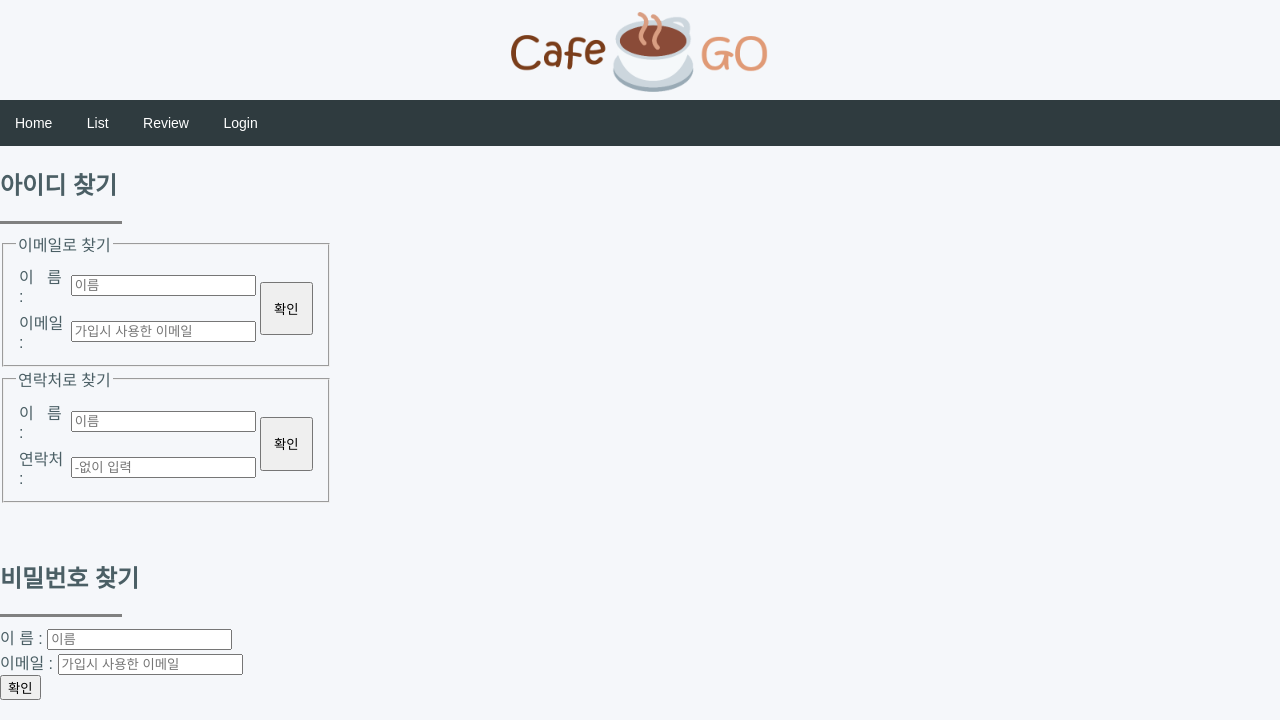
Repository: JuYeong0413/Web-Programming
Page: http://localhost/CafeGo/find.jsp
An editor plug-in stored every save of this project. The page is shown before and after the next save, followed by the edit.
The browser window is 1280 px wide. The pictures show the whole page.
The page is served by Tomcat 9. Other server files are loaded and not shown.

Above is the page before, as saved 2018-12-22 12:08:57.

### Project/CafeGo/WebContent/find.jsp
<%@ page language="java" contentType="text/html; charset=utf-8" pageEncoding="utf-8"%>
<%@ include file="nav.jsp" %>
<!DOCTYPE html>
<html>
<head>
<meta charset="utf-8">
<title>Insert title here</title>
</head>
<body>
  <h2>아이디 찾기</h2>
  <hr noshade align="left" width="120" size="3">
  <form>
    <fieldset style="width: 300px">
      <legend>이메일로 찾기</legend>
        <table border="0">
          <tr>
            <td>이 &nbsp; 름 : </td>
            <td><input type="text" placeholder="이름" name="name" id="name" value=''></td>
            <td rowspan="2" width="45"><input type="submit" value="확인" style="width: 40pt; height: 40pt"></td>
          </tr>
          <tr>
            <td>이메일 : </td>
            <td><input type="text" placeholder="가입시 사용한 이메일" name="email" id="email" value=''></td>
          </tr>
        </table>
      </fieldset>
    </form>
    <form>
      <fieldset style="width: 300px">
        <legend>연락처로 찾기</legend>
          <table border="0">
            <tr>
              <td>이 &nbsp; 름 : </td>
              <td><input type="text" placeholder="이름" name="name" id="name" value=''></td>
              <td rowspan="2" width="45"><input type="submit" value="확인" style="width: 40pt; height: 40pt"></td>
            </tr>
            <tr>
              <td>연락처 : </td>
              <td><input type="text" placeholder="-없이 입력" name="tel" id="tel" value=''/></td>
            </tr>
          </table>
        </fieldset>
      </form>
<br><br>

<div>
<h2>비밀번호 찾기</h2>
<hr noshade align="left" width="120" size="3">
<div style="float:left;width:50%;">
<form action="findConfig_pass.jsp" method="post">
<label>이    름 :</label>
<input type="text" placeholder="이름" name ="name" id="name" value=''/><br>
<label>이메일 :</label>
<input type="text" placeholder="가입시 사용한 이메일" name="email" id="email" value=''/><br>
<input type="submit" value="확인"/>
</form>
</div>
</div>
</body>
</html>

### Project/CafeGo/WebContent/nav.jsp
<%@ page language="java" contentType="text/html; charset=utf-8" pageEncoding="utf-8"%>
<!DOCTYPE html>
<html lang="ko">
<head>
<meta charset="utf-8">
<title>Insert title here</title>
<link rel="stylesheet" href="reponsiveNavigation.css" />
</head>
<body>
<div>
<center>
<a href="main.jsp"><img src = "image/logo.png" width="264px" height="88px" align="center"></a>
</center>
</div>
<div class="nav_wrapper">
  <nav class="menu">
    <ul>
      <li><a href="main.jsp">Home</a>
        <ul>
          <li><a href="main.jsp">홈페이지 소개</a></li>
          <li><a href="main.jsp">오늘의 카페 추천</a></li>
          </li>
        </ul>
      </li>
      <li><a href="#Link">List</a>
        <ul>
          <li><a href="#Link">카페 목록</a></li>
          <li><a href="#Link">카페 분류 »</a>
          <ul>
              <li><a href="#Link">별점</a></li>
              <li><a href="#link">지역</a></li>
              <li><a href="#Link">테마</a></li>
            </ul>
          </li>
        </ul>
      </li>
      <li><a href="review.jsp">Review</a>
        <ul>
          <li><a href="review.jsp">방문 후기 목록</a></li>
          <li><a href="#Link">방문 후기 작성</a></li>
          <li><a href="#Link">방문 후기 수정</a></li>
          <li><a href="#Link">방문 후기 삭제</a></li>
          </ul>
      </li>
  		<%
  		String log = (String)session.getAttribute("login");

  		if(log!=null&&log.equals("yes")){
  		// 로그인 상태인 경우 보여지는 메뉴
      %>
      <li><a href="myPage.jsp">MyPage</a>
        <ul>
          <li><a href="myPage.jsp">MyPage</a></li>
          <li><a href="logout.jsp">로그아웃</a></li>
        </ul>
      </li>
      <% }
  		else if((String)session.getAttribute("id")==null){
    	  // 로그아웃 상태인 경우 보여지는 메뉴
    	  %>
    	  <li><a href="#Link">Login</a>
        <ul>
          <li><a href="login.jsp">로그인</a></li>
          <li><a href="find.jsp">아이디/비밀번호 찾기</a></li>
          <li><a href="signup.jsp">회원가입</a></li>
        </ul>
      </li>
    	  <%} %>
     </ul>
  </nav>
</body>
</html>

### Project/CafeGo/WebContent/reponsiveNavigation.css
html {
  font-family: sans-serif;
  color: #4b5f65;
  background: #f5f7fa;
}

body { overflow-x:hidden}

nav { width: 100%; }

.nav_wrapper {
  position: fixed;
  left: 0;
  top: 100px;
  width: 100%;
  <!--menu background => default : black-->
  background: #2f3b3f;
}

.menu {
  width: 100%;
  height: auto;
  background: #2f3b3f;
}

.menu ul {
  padding: 0px;
  margin: 0px;
  list-style: none;
  position: relative;
  display: inline-block;
}

.menu > li > ul.sub_menu {
  min-width: 10em;
  padding: 4px 0;
  background-color: #f4f4f4;
  border: 1px solid #fff;
}

.menu ul li { padding: 0px; }

.menu > ul > li { display: inline-block; }

.menu ul li a {
  display: block;
  text-decoration: none;
  color: #fff;
  font-size: 14px;
}

.menu ul li a:hover {
  background: #efa666;
  color: #fff;
  transition: all .5s ease-out;
}

.menu ul li.hover > a {
  background: #efa666;
  color: #fff;
}

.menu ul li > a { padding: 15px; }

.menu ul ul {
  display: none;
  position: absolute;
  top: 100%;
  min-width: 160px;
  background: #39484d;
}

.menu ul li:hover > ul { display: block;}

.menu ul ul > li { position: relative; }

.menu ul ul > li a {
  padding: 10px 15px;
  height: auto;
  background: #39484d;
}

.menu ul ul > li a:hover {
  background: #efa666;
  color: #fff;
}

.menu ul ul ul {
  position: absolute;
  left: 100%;
  top: 0;
}
.slide {
	width:100%;
}

After the next save:
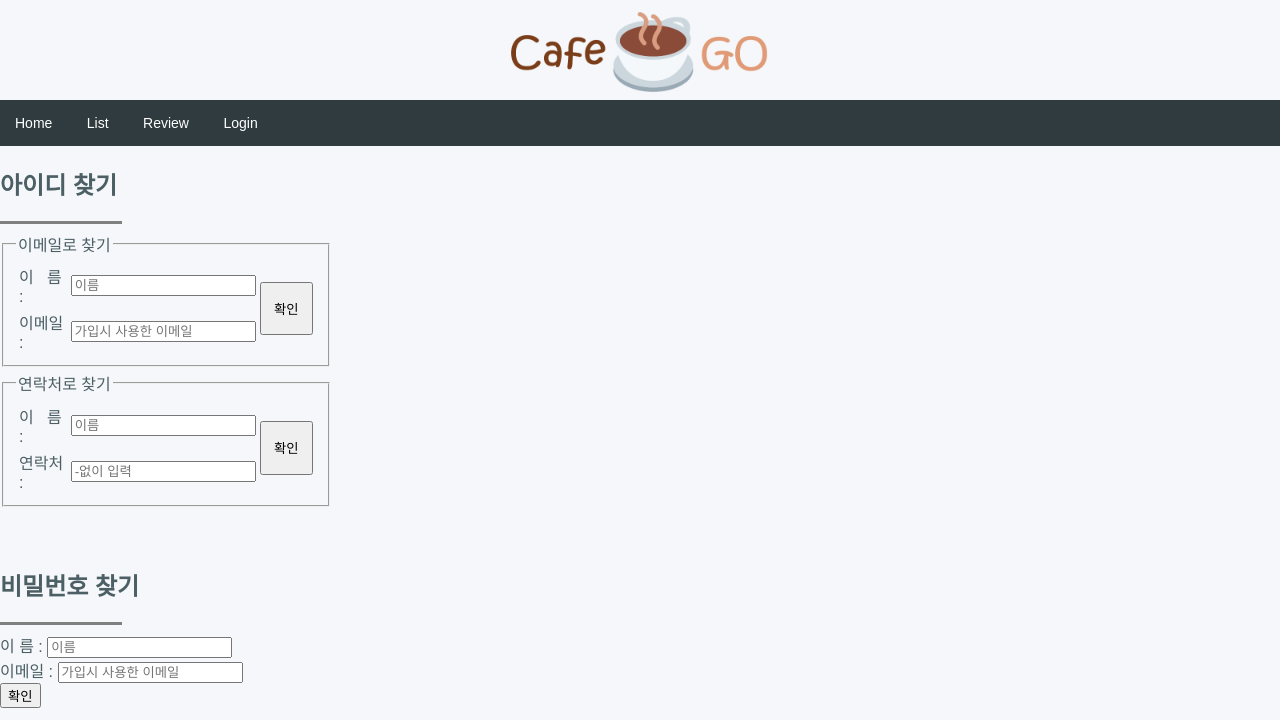
Saved 109 s later.
--- a/Project/CafeGo/WebContent/find.jsp
+++ b/Project/CafeGo/WebContent/find.jsp
@@ -10,7 +10,7 @@
   <h2>아이디 찾기</h2>
   <hr noshade align="left" width="120" size="3">
   <form>
-    <fieldset style="width: 300px">
+    <fieldset style="width: 300px; display: inline">
       <legend>이메일로 찾기</legend>
         <table border="0">
           <tr>
@@ -26,7 +26,7 @@
       </fieldset>
     </form>
     <form>
-      <fieldset style="width: 300px">
+      <fieldset style="width: 300px; display: inline">
         <legend>연락처로 찾기</legend>
           <table border="0">
             <tr>
